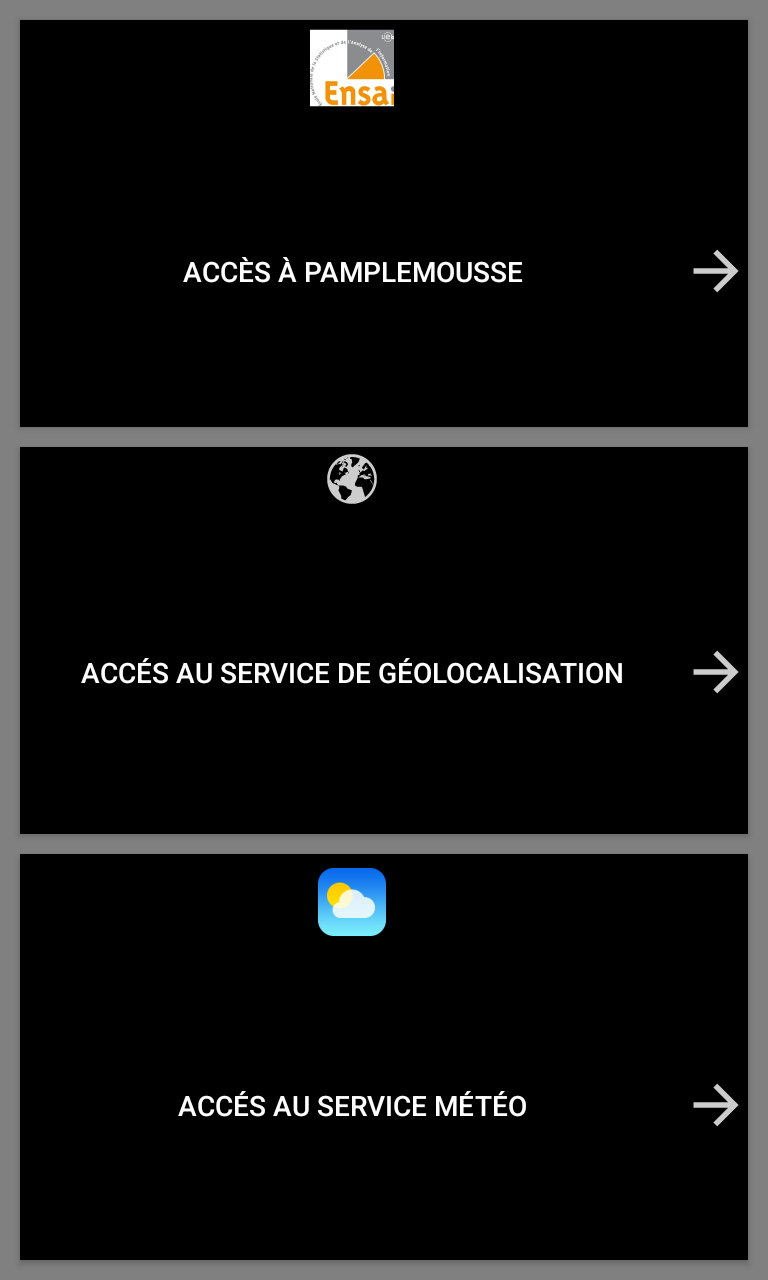
Repository: cpluuuusplus/WhoWantsKitKat
Layout: AppliPlus/res/layout/activity_menu_principal.xml
These files come from the project's save history. The layout is drawn as it stood at one moment and after the next save; the edit follows.
It is drawn on a 768 x 1280 px phone screen (xhdpi) without system bars, with theme Theme.AppCompat.Light; the app's code is not run.

Above is the layout before, as saved 2014-05-12 14:50:34.

After the next save:
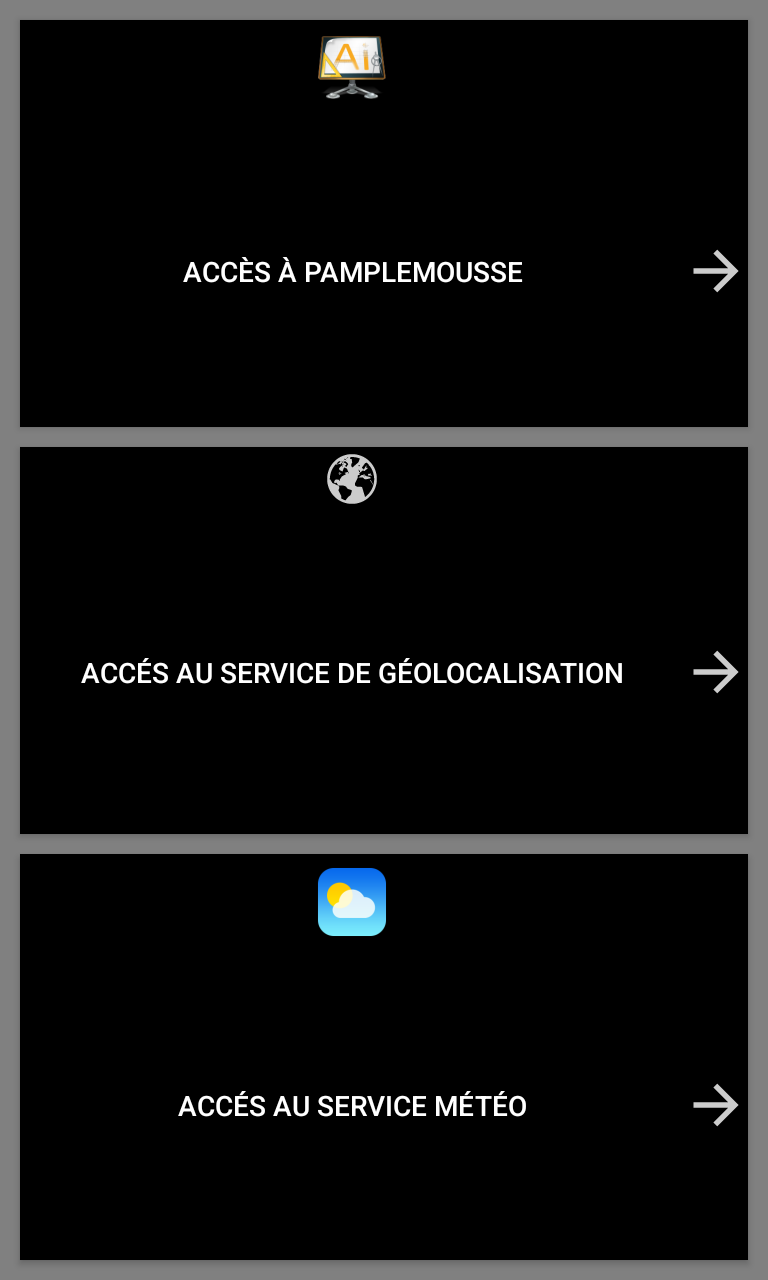
Saved 3 min 26 s later.
--- a/AppliPlus/res/layout/activity_menu_principal.xml
+++ b/AppliPlus/res/layout/activity_menu_principal.xml
@@ -15,7 +15,7 @@
         android:layout_weight="1"
         android:background="@color/black_color"
         android:drawableRight="@drawable/ic_action_forward"
-        android:drawableTop="@drawable/ensai"
+        android:drawableTop="@drawable/shcool"
         android:onClick="pamplemousse"
         android:text="@string/pamp_viewer"
         android:textColor="@color/white" />
